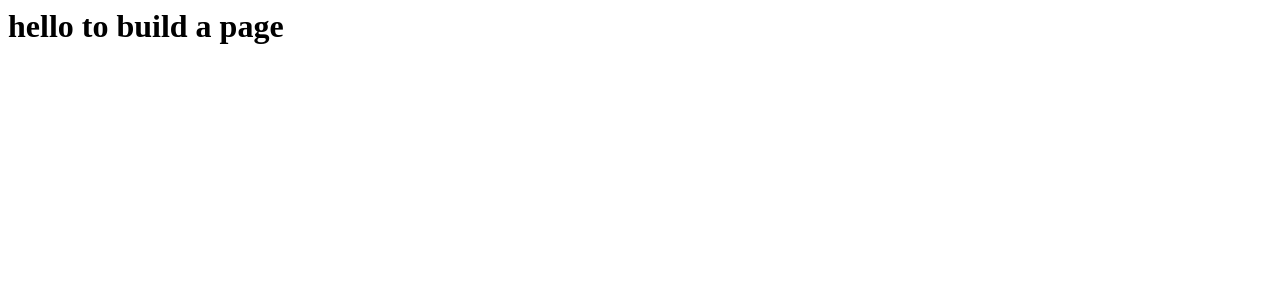
Repository: Flatbook/sliced_bread
Page: http://localhost/
An editor plug-in stored every save of this project. The page is shown before and after the next save, followed by the edit.
The browser window is 1280 px wide. The pictures show the whole page.
The page is served by the project's application, run on Flask 3 (app.py).

Above is the page before, as saved 2021-05-15 17:57:41.

### flask_project/app.py
from flask import Flask

app = Flask(__name__)

@app.route("/")
def hello_world():
    return "<h1> hello to build a page </h1>"

After the next save:
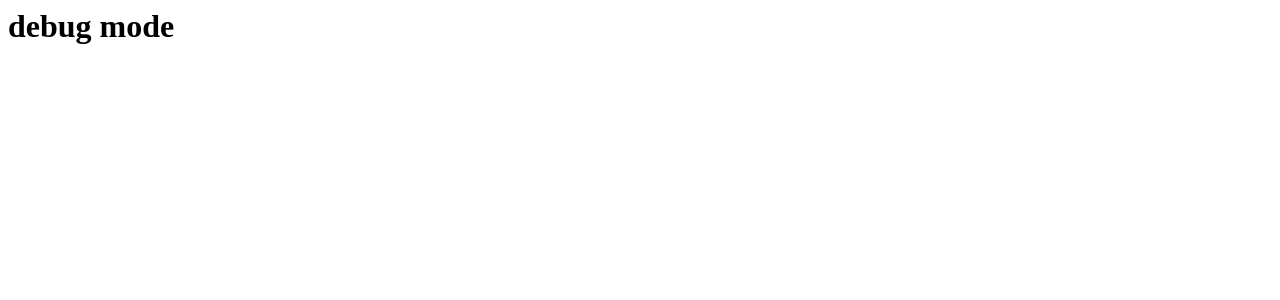
Saved 76 s later.
--- a/flask_project/app.py
+++ b/flask_project/app.py
@@ -4,4 +4,4 @@ app = Flask(__name__)
 
 @app.route("/")
 def hello_world():
-    return "<h1> hello to build a page </h1>"
+    return "<h1> debug mode </h1>"
